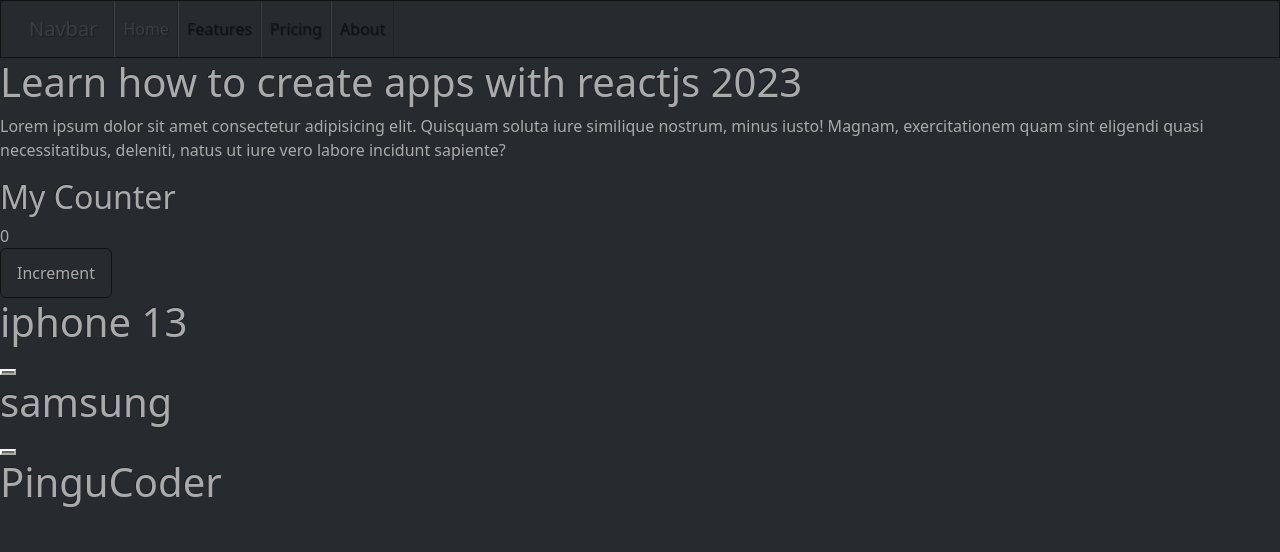
Repository: chanwarichawki/React-BC
Page: /
An editor plug-in stored every save of this project. The page is shown before and after the next save, followed by the edit.
The browser window is 1280 px wide. The pictures show the whole page.
Some web libraries are served in a nearby version. The project was rebuilt for these pictures with package versions that can differ from the ones it lists, and the page was loaded fresh each time. Also part of the build but not shown: vite.config.js.

Above is the page before, as saved 2024-01-15 17:02:54.

After the next save:
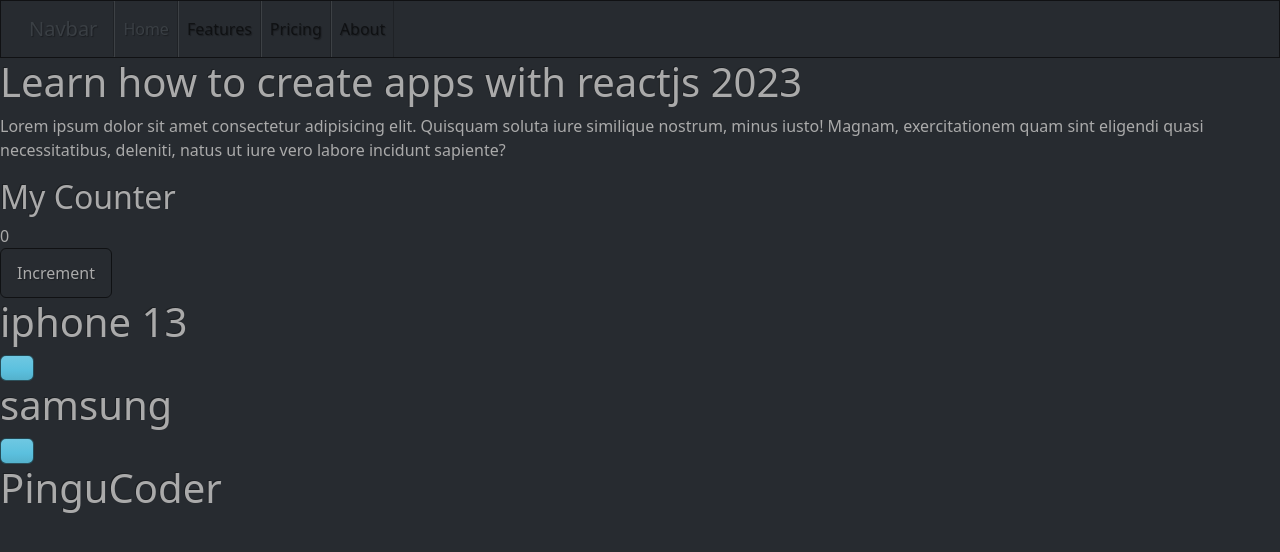
Saved 14 s later.
--- a/src/components/Products.jsx
+++ b/src/components/Products.jsx
@@ -31,7 +31,7 @@ function Products() {
         {products.map((product, index) => (
           <div key={index}>
             <h1>{product.label}</h1>
-            <button className=""></button>
+            <button className="btn btn-info"></button>
           </div>
         ))}
         </div>
